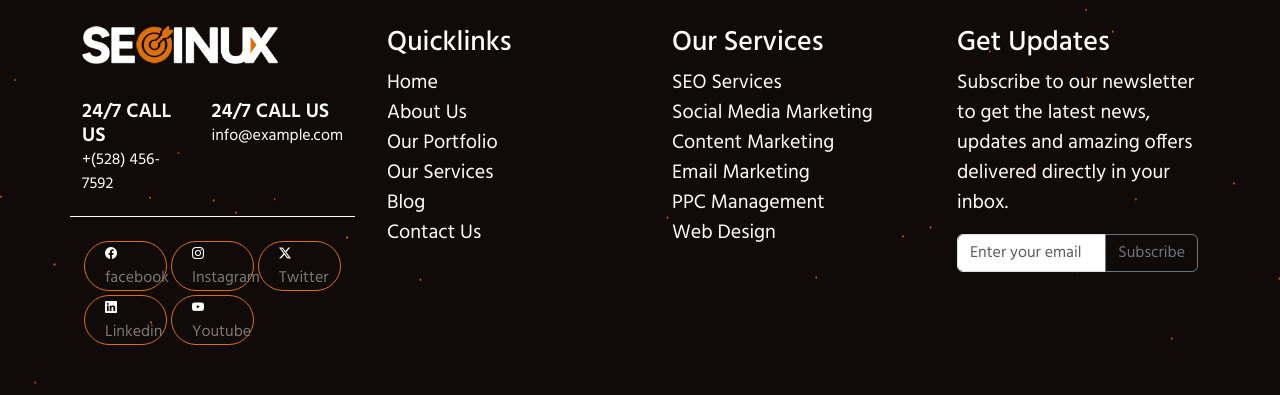
Repository: tagnam/seoinox
Page: about.html
These files come from the project's save history. The page is drawn as it stood at one moment and after the next save; the edit follows.
The browser window is 1280 px wide. The pictures show the part of the page from y = 3019 to 3558 px (the page is 3414 px tall before and 3558 px after).
A picture or video elsewhere on the page could not be fetched, so the positions and the page height are approximate. Backgrounds fixed to the window are drawn as part of the page.

Above is the page before, as saved 2025-02-26 11:03:08.

### about.html
<!DOCTYPE html>
<html lang="en">
<head>
    <meta charset="UTF-8">
    <meta name="viewport" content="width=device-width, initial-scale=1.0">
    <title>SEOINOX</title>
    <link href="https://cdn.jsdelivr.net/npm/bootstrap@5.3.3/dist/css/bootstrap.min.css" rel="stylesheet" integrity="sha384-QWTKZyjpPEjISv5WaRU9OFeRpok6YctnYmDr5pNlyT2bRjXh0JMhjY6hW+ALEwIH" crossorigin="anonymous">
    <link rel="stylesheet" href="style/css/style.css">
    <link rel="stylesheet" href="style/css/responsive.css">
    <link rel="stylesheet" href="style/css/animation.css">
</head>


<body>
  <header>
    <nav class="navbar navbar-expand-lg ">
        <div class="container-fluid">
          <a class="navbar-brand" href="#"><img src="images/main-logo-sec.png" width="100%" alt=""></a>
          <button class="navbar-toggler" type="button" data-bs-toggle="collapse" data-bs-target="#navbarSupportedContent" aria-controls="navbarSupportedContent" aria-expanded="false" aria-label="Toggle navigation">
            <span class="navbar-toggler-icon"></span>
          </button>
          <div class="collapse navbar-collapse custom-navbar-collapse" id="navbarSupportedContent">
            <ul class="navbar-nav custom-navbar-nav">
              <li class="nav-item">
                <a class="nav-link active" aria-current="page" href="/">Home</a>
              </li>
              <li class="nav-item">
                <a class="nav-link" href="about.html">About US</a>
              </li>
              <li class="nav-item">
                <a class="nav-link" href="portfolio.html">Our Portfolio</a>
              </li>
              <li class="nav-item">
                <a class="nav-link" href="service.html">Our Services</a>
              </li>
              <li class="nav-item">
                <a class="nav-link" href="blog.html">Blog</a>
              </li>
              <li class="nav-item">
                <a class="nav-link" href="contact.html">Contact Us</a>
              </li>
            </ul>
            <div class="d-flex" role="search">
                    <div class="menu-icon">
                        <div class="menu-icon-item"> </div>
                        <div class="menu-icon-item"></div>
                        <div class="menu-icon-item"></div>
                    </div>
            </div>
          </div>
        </div>
      </nav>
  </header>


<!--====================================== start hero section  ============================-->
 <section class="inner-page-hero-section">
    <div class="container">
        <div class="row">
                <div class="col-lg-12" style="z-index: 10;">
                    <div class="page-title">
                        <h2> About Us</h2>
                    </div>
                </div>
        </div>
    </div>
    <div class="overlay"></div>
 </section>

<!--====================================== end hero section  ============================-->

  <!--====================================== start about section  ============================-->
  <section class="about-section">
    <div class="container">
      <div class="row">
        <div class="col-lg-6" style="height: 800px;">
          <div class="about-img-container">
            <img src="images/about-image.png" alt="">
          </div>
        </div>
        <div class="col-lg-6">

          <div class="about-content-container">
            <div class="about-content">
              <h2 class="about-main-heading" style="text-align: start;">About Us</h2>
              <p class="about-sub-heading" style="text-align: start ; line-height: 80px;">Lorem ipsum dolor sit amet</p>
          </div>
          <p>At the core of our journey lies a commitment to driving growth fueled by a combination of expertise and passion. We believe growth is not just about numbers—it's about creating meaningful impact, fostering innovation, and building relationships that last. Our team brings a wealth of knowledge, experience, and dedication to every project.</p>
          <div class="about-card card">
            <div class="row g-4">
              <div class="col" style="background-color: #F7F7F7; border-radius: 15px;  ">
                <div class="card-body mission-vission">
                  <h5 class="card-title">Our Mission</h5>
                  <p class="card-text">Lorem ipsum dolor sit amet, consectetur adipiscing elit. </p>
                </div>
              </div>
              <div class="col" >
                <div class="card-body mission-vission">
                  <h5 class="card-title">Our Vision</h5>
                  <p class="card-text">Lorem ipsum dolor sit amet, consectetur adipiscing elit. </p>
                </div>
              </div>
            </div>
          </div>
        </div>
        </div>
      </div>
    </div>
  </section>

    <!--====================================== end about section  ============================-->
    <div class="clearfix"></div>


    <!--====================================== start choice  section  ============================-->

<section class="ab-page-choice-section">
<div class="container">
  <div class="row">
    <div class="col-lg-6" style="padding: 0px 50px;">
      <div class="about-content" >
        <h2 class="about-main-heading" style="text-align: start;">About Us</h2>
        <p class="about-sub-heading" style="text-align: start ; line-height: 80px; color: #fff;">Lorem ipsum dolor sit amet</p>
        <p style="text-align: start; color: #F7F7F7;">At the core of our journey lies a commitment to driving growth fueled by a combination of expertise and passion. We believe growth is not just about numbers—it's about creating meaningful impact, fostering innovation, and building relationships that last. Our team brings a wealth of knowledge, experience, and dedication to every project.</p>

    </div>
    </div>
    <div class="col-lg-6" style="padding: 0px 50px;">
      <div class="row row-cols-1 row-cols-md-2 g-4">
        <div class="col">
            <div class="card-body" style="color: #fff;">
              <h5 class="card-title choice-num">60<span>M</span></h5>
              <p class="card-text">Lorem ipsum dolor sit amet, consectetur adipiscing elit. </p>
          </div>
        </div>
        <div class="col">
          <div class="card-body" style="color: #fff;">
            <h5 class="card-title choice-num">80<span>%</span></h5>
            <p class="card-text">Lorem ipsum dolor sit amet, consectetur adipiscing elit. </p>
        </div>
        </div>
        <div class="col">
          <div class="card-body" style="color: #fff;">
            <h5 class="card-title choice-num">95<span>%</span> </h5>
            <p class="card-text">Lorem ipsum dolor sit amet, consectetur adipiscing elit. </p>
        </div>
        </div>
        <div class="col">
          <div class="card-body" style="color: #fff;">
            <h5 class="card-title choice-num">75<span>K</span> </h5>
            <p class="card-text">Lorem ipsum dolor sit amet, consectetur adipiscing elit. </p>
        </div>
        </div>
      </div>
    </div>
  </div>
</div>

</section>

        <!--====================================== end choice section  ============================-->

  <!--====================================== start choose section  ============================-->


  <section class="choose-section">
    <div class="container">
      <div class="row">
          <div class="col-lg-6 d-flex align-items-center">
              <div class="about-content">
                  <h2 class="about-main-heading" style="text-align: start;">Why Choose Us</h2>
                  <p class="about-sub-heading" style="text-align: start; font-size: 50px;">Lorem ipsum dolor sit amet</p>
                  <p  style="text-align: start;">Lorem ipsum dolor sit amet consectetur adipisicing elit. Eveniet, impedit ipsum laborum reiciendis numquam, fugit asperiores quaerat blanditiis voluptate deleniti rerum quae est accusantium dolor quibusdam repellendus in cumque ut!</p>

              </div>
          </div>
          <div class="col-lg-6">
            <div class="chooise-card-container">
              <div class="card chooise-card mb-5" >
                <div class="row g-0">
                  <div class="col-md-3">
                    <div class="choice-img-container">
                      <img src="images/step1.png" class="img-fluid" alt="...">
                    </div>
                  </div>
                  <div class="col-md-9">
                    <div class="card-body">
                      <h5 class="card-title choice-title">Card title</h5>
                      <p class="card-text">This is a wider card with supporting text below as a natural lead-in to additional content. This content is a little bit longer.</p>
                    </div>
                  </div>
                </div>
              </div>
              <div class="card chooise-card mb-5" >
                <div class="row g-0">
                  <div class="col-md-3">
                    <div class="choice-img-container">
                      <img src="images/step1.png" class="img-fluid" alt="...">
                    </div>
                  </div>
                  <div class="col-md-9">
                    <div class="card-body">
                      <h5 class="card-title choice-title">Card title</h5>
                      <p class="card-text">This is a wider card with supporting text below as a natural lead-in to additional content. This content is a little bit longer.</p>
                    </div>
                  </div>
                </div>
              </div>
              <div class="card chooise-card mb-5" >
                <div class="row g-0">
                  <div class="col-md-3">
                    <div class="choice-img-container">
                      <img src="images/step1.png" class="img-fluid" alt="...">
                    </div>
                  </div>
                  <div class="col-md-9">
                    <div class="card-body">
                      <h5 class="card-title choice-title">Card title</h5>
                      <p class="card-text">This is a wider card with supporting text below as a natural lead-in to additional content. This content is a little bit longer.</p>
                    </div>
                  </div>
                </div>
              </div>
              <div class="card chooise-card mb-5" >
                <div class="row g-0">
                  <div class="col-md-3">
                    <div class="choice-img-container">
                      <img src="images/step1.png" class="img-fluid" alt="...">
                    </div>
                  </div>
                  <div class="col-md-9">
                    <div class="card-body">
                      <h5 class="card-title choice-title">Card title</h5>
                      <p class="card-text">This is a wider card with supporting text below as a natural lead-in to additional content. This content is a little bit longer.</p>
                    </div>
                  </div>
                </div>
              </div>
            </div>
          </div>
      </div>
  </div>
</section>

  <!--====================================== end choose section  ============================-->
  <div class="clearfix"></div>

  <!--====================================== start team section  ============================-->

  <section>
    <div class="container">
      <div class="row">
        <div class="col-lg-8">

        </div>
        <div class="col-lg-4">
          <p>
            <lorm></lorm>
          </p>
        </div>
      </div>
    </div>
  </section>
  <!--====================================== end team section  ============================-->











<footer>
  <div class="container">
    <div class="row">
      <div class="col">
        <figure>
          <img src="images/main-logo.png" alt="" style="width: 75%;">
        </figure>
        <div class="row" style="padding: 20px 0px; border-bottom: 1px solid #fff;">
          <div class="col">
            <h4 class="footer-heading">24/7 CALL US</h4>
            <a href="" class="footer-link">+(528) 456-7592</a>
          </div>
          <div class="col">
            <h4 class="footer-heading">24/7 CALL US</h4>
            <a href="" class="footer-link">info@example.com</a>
          </div>
        </div>
        <div class="social-container row-cols-md-3  row g-1">
          <div class="col">
            <div class="social-icon"> <span><i class="bi bi-facebook"></i></span> facebook </div>
          </div>
          <div class="col">
            <div class="social-icon"> <span><i class="bi bi-instagram"></i></span> Instagram </div>
          </div>
          <div class="col">
            <div class="social-icon"> <span><i class="bi bi-twitter-x"></i></span> Twitter </div>
          </div>
          <div class="col">
            <div class="social-icon"> <span><i class="bi bi-linkedin"></i></span> Linkedin</div>
          </div>
          <div class="col">
            <div class="social-icon"> <span><i class="bi bi-youtube"></i></span> Youtube</div>
          </div>
        </div>
      </div>
      <div class="col">
          <div class="footer-content-heading">
              <h3><i class="ri-circle-fill"></i> Quicklinks</h3>
              <ul class="footer-list">
                <li><i class="ri-arrow-right-double-line"></i> <a class="footer-link" href="">Home</a></li>
                <li><i class="ri-arrow-right-double-line"></i> <a class="footer-link" href="">About Us</a></li>
                <li><i class="ri-arrow-right-double-line"></i> <a class="footer-link" href="">Our Portfolio</a></li>
                <li><i class="ri-arrow-right-double-line"></i> <a class="footer-link" href="">Our Services</a></li>
                <li><i class="ri-arrow-right-double-line"></i> <a class="footer-link" href="">Blog</a></li>
                <li><i class="ri-arrow-right-double-line"></i> <a class="footer-link" href="">Contact Us</a></li>
          </div>
      </div>
      <div class="col">
        <div class="footer-content-heading">
          <h3><i class="ri-circle-fill"></i> Our Services</h3>
            <ul class="footer-list">
              <li><i class="ri-arrow-right-double-line"></i> <a class="footer-link" href="">SEO Services</a></li>
              <li><i class="ri-arrow-right-double-line"></i> <a class="footer-link" href="">Social Media Marketing</a></li>
              <li><i class="ri-arrow-right-double-line"></i> <a class="footer-link" href="">Content Marketing</a></li>
              <li><i class="ri-arrow-right-double-line"></i> <a class="footer-link" href="">Email Marketing</a></li>
              <li><i class="ri-arrow-right-double-line"></i> <a class="footer-link" href="">PPC Management</a></li>
              <li><i class="ri-arrow-right-double-line"></i> <a class="footer-link" href="">Web Design</a></li>
            </ul>
      </div>
      </div>
      <div class="col">
        <div class="footer-content-heading">
          <h3><i class="ri-circle-fill"></i> Get Updates</h3>
          <p>Subscribe to our newsletter to get the latest news, updates and amazing offers delivered directly in your inbox.</p>
          <form action="">
            <div class="input-group mb-3">
              <input type="text" class="form-control" placeholder="Enter your email" aria-label="Recipient's username" aria-describedby="button-addon2">
              <button class="btn btn-outline-secondary" type="button" id="button-addon2">Subscribe</button>
            </div>
          </form>

      </div>
      </div>
    </div>
  </div>
</footer>
<script src="https://cdn.jsdelivr.net/npm/bootstrap@5.3.3/dist/js/bootstrap.bundle.min.js" integrity="sha384-YvpcrYf0tY3lHB60NNkmXc5s9fDVZLESaAA55NDzOxhy9GkcIdslK1eN7N6jIeHz" crossorigin="anonymous"></script>
<script src="https://unpkg.com/@studio-freight/lenis@1.0.42/dist/lenis.min.js"></script>

<script src="style/js/custom.js"></script>
</body>
</html>

Loaded but not shown: style/js/custom.js (12 lines, source omitted); style/css/style.css (593 lines, source omitted); style/css/responsive.css (no stored copy; drawn as an empty file); style/css/animation.css (no stored copy; drawn as an empty file)

After the next save:
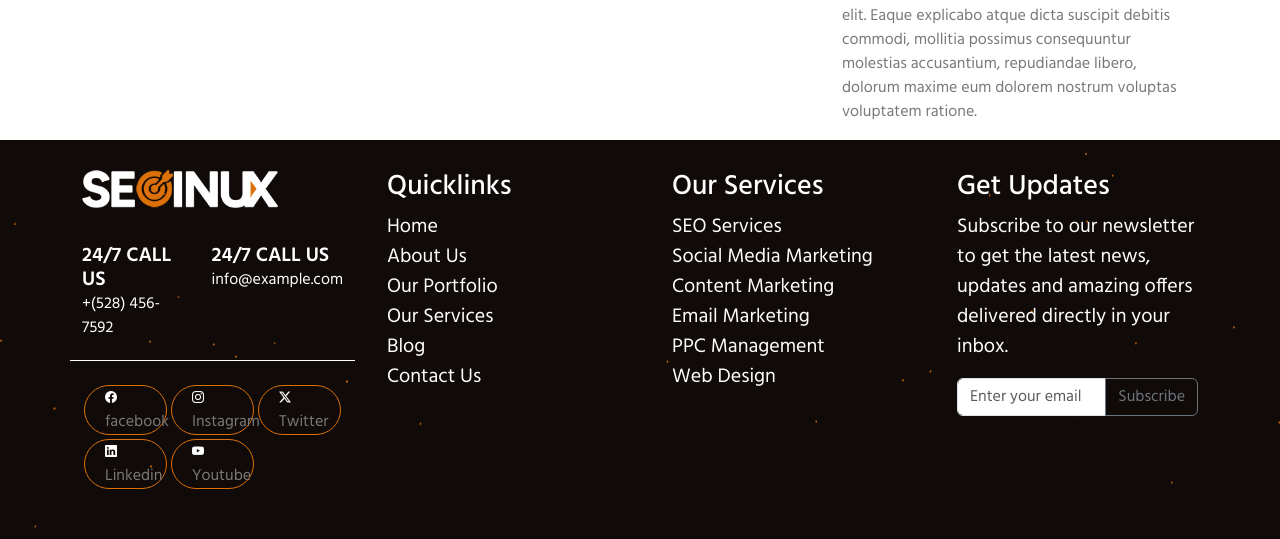
Saved 8 s later.
--- a/about.html
+++ b/about.html
@@ -254,9 +254,7 @@
 
         </div>
         <div class="col-lg-4">
-          <p>
-            <lorm></lorm>
-          </p>
+          <p>Lorem ipsum dolor sit amet consectetur adipisicing elit. Eaque explicabo atque dicta suscipit debitis commodi, mollitia possimus consequuntur molestias accusantium, repudiandae libero, dolorum maxime eum dolorem nostrum voluptas voluptatem ratione.</p>
         </div>
       </div>
     </div>
